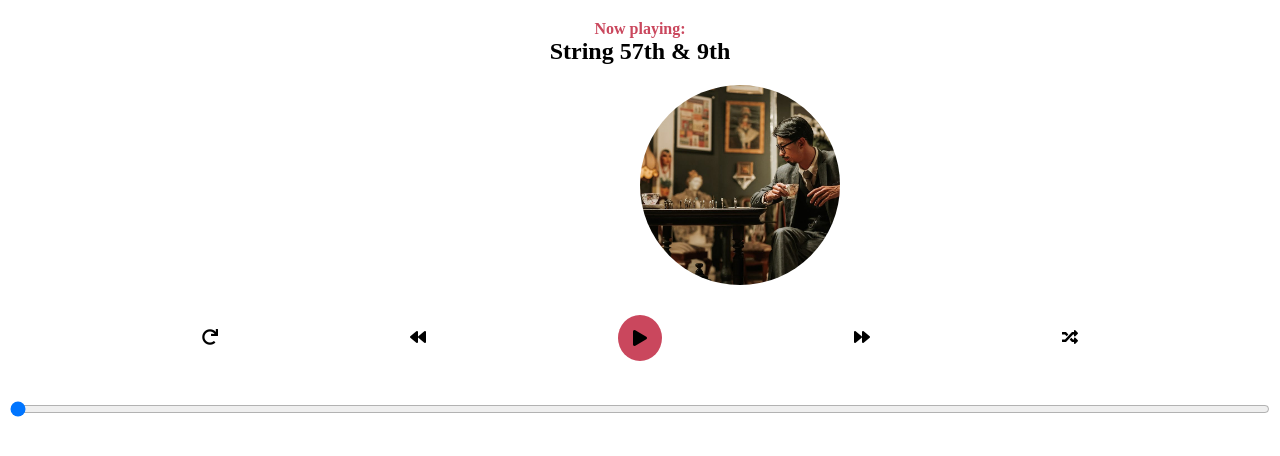
Repository: dovanthao2404/AppMusicPlayer
Page: index.html
An editor plug-in stored every save of this project. The page is shown before and after a run of saves, followed by the edit.
The browser window is 1280 px wide. The pictures show the whole page.

Above is the page before, as saved 2021-06-28 02:17:23.

After the next 2 saves:
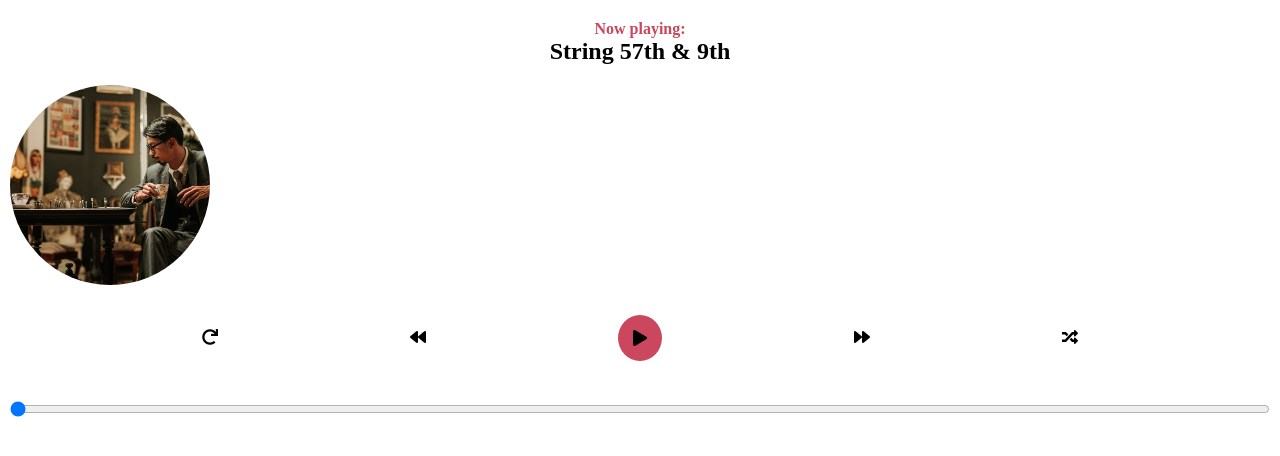
The 2 saves are shown as one change because they came seconds apart.
The last was saved 7 s later.
--- a/css/app.css
+++ b/css/app.css
@@ -22,8 +22,8 @@
   width: 200px;
   height: 200px;
   position: absolute;
-  left: 50%;
-  right: 50%;
+  /* left: 50%; */
+  /* right: 50%; */
 }
 .thumb img {
   border-radius: 50%;

After the save that followed:
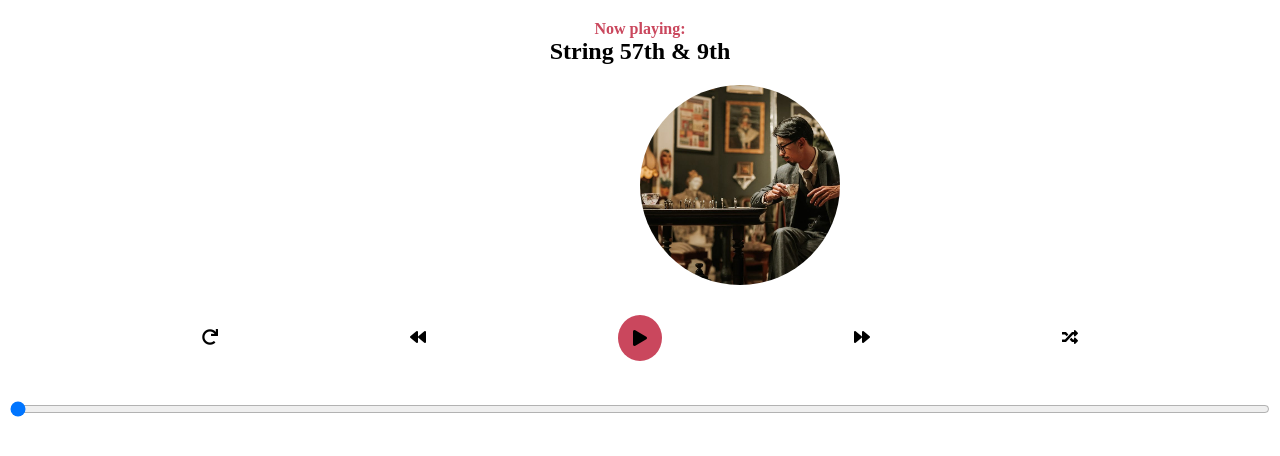
Saved 5 s later.
--- a/css/app.css
+++ b/css/app.css
@@ -22,8 +22,8 @@
   width: 200px;
   height: 200px;
   position: absolute;
-  /* left: 50%; */
-  /* right: 50%; */
+  left: 50%;
+  right: 50%;
 }
 .thumb img {
   border-radius: 50%;
